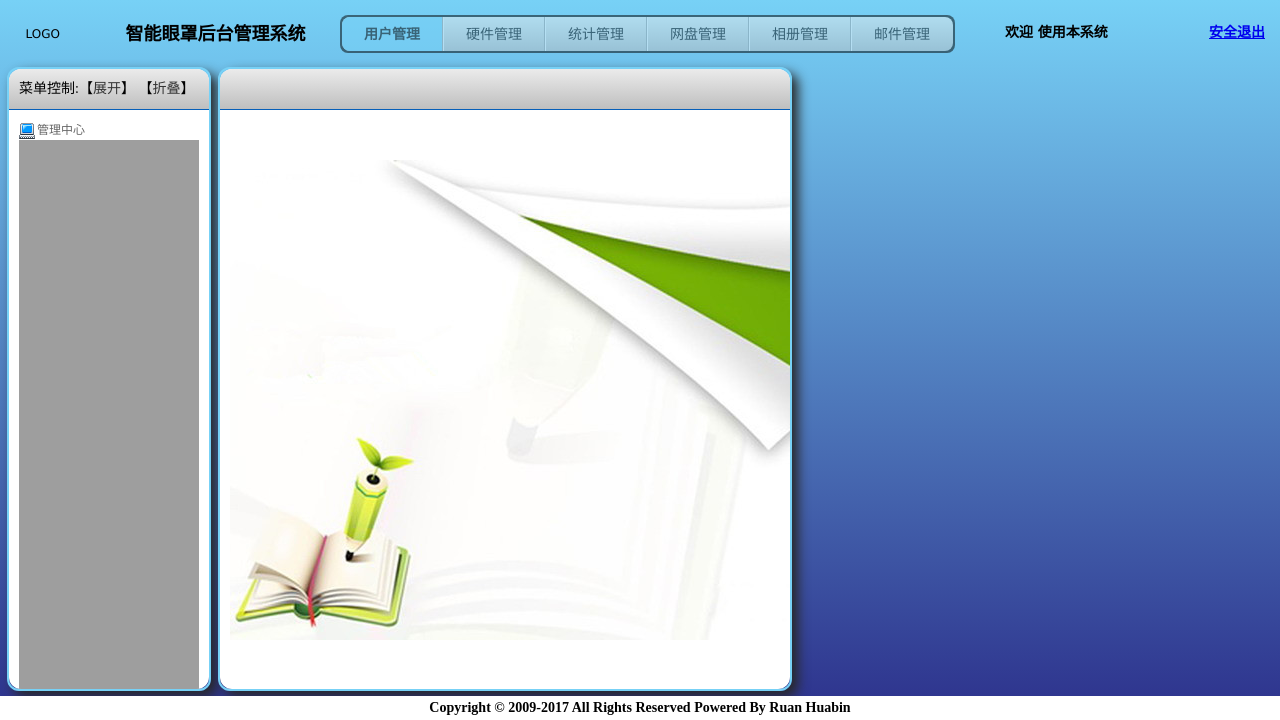
Repository: ruanhuabin/IntelliEyeShade
Page: http://localhost/IntelliEyeShade/admin/admin_login_success.jsp
The author's editor kept a copy of each file at every save. The page is drawn from the files as they stood at one save, then again after the next save.
The browser window is 1280 px wide. The pictures show the whole page.
The page is served by Tomcat 9. Nobody is signed in. The application's start-up code is not run. Other server files are loaded and not shown.

Above is the page before, as saved 2016-11-10 09:41:13.

### IntelliEyeShade/WebRoot/admin/admin_login_success.jsp
<%@ page language="java" import="java.util.*" contentType="text/html; charset=utf-8" %>
<%
String path = request.getContextPath();
String basePath = request.getScheme()+"://"+request.getServerName()+":"+request.getServerPort()+path+"/";
%>

<!DOCTYPE html>
<html>
<head>
	<title>后台管理</title>
	<meta http-equiv="content-type" content="text/html;charset=UTF-8">
	<link rel="stylesheet" type="text/css" href="../css/index.css" />
</head>
<body>
<div id="wrapper">
	<div id="header">
		<div id="logo">LOGO</div>
		<div id="title">智能眼罩后台管理系统</div>
		<div id="menu">
			<div id="menu_container">
				<ul id="menu_items">
					<li class="menu_item on" style="border-radius:8px 0 0 8px" onmouseout="this.style.backgroundColor=''" onmouseover="this.style.backgroundColor='#77D1F6';this.style.borderRadius='8px 0 0 8px'"><a>用户管理</a></li>
					<li class="menu_item" onmouseout="this.style.backgroundColor='';this.style.fontWeight='normal'" onmouseover="this.style.backgroundColor='#77D1F6';this.style.fontWeight='bold'"><a>硬件管理</a></li>
					<li class="menu_item" onmouseout="this.style.backgroundColor='';this.style.fontWeight='normal'" onmouseover="this.style.backgroundColor='#77D1F6';this.style.fontWeight='bold'"><a>统计管理</a></li>
					<li class="menu_item" onmouseout="this.style.backgroundColor='';this.style.fontWeight='normal'" onmouseover="this.style.backgroundColor='#77D1F6';this.style.fontWeight='bold'"><a>网盘管理</a></li>
					<li class="menu_item" onmouseout="this.style.backgroundColor='';this.style.fontWeight='normal'" onmouseover="this.style.backgroundColor='#77D1F6';this.style.fontWeight='bold'"><a>相册管理</a></li>
					<li class="menu_item" style="border-radius:8px 0 0 8px;border:0px;" onmouseout="this.style.backgroundColor='';this.style.fontWeight='normal'" onmouseover="this.style.backgroundColor='#77D1F6';this.style.borderRadius='0 8px 8px 0';this.style.fontWeight='bold'"><a>邮件管理</a></li>
				</ul>
			</div>
		</div>
		<div id="user_info">
			<div id="welcome">欢迎 ${sessionScope.loginUserName} 使用本系统</div>
			<div id="logout"><a href="<%=path%>/admin/Administrator_logout.action">安全退出</a></div>
		</div>
	</div>
	<div id="navigator">
		<iframe src="../tree.jsp"></iframe>
        </div>
	<div id="main">
		<iframe name="MainFrame" src="admin_login_main.jsp"></iframe>
	</div>
	<div id="footer">Copyright © 2009-2017 All Rights Reserved Powered By Ruan Huabin</div>
</div>
</body>
<script type="text/javascript">
function screenAdapter(){
	document.getElementById('footer').style.top=document.documentElement.scrollTop+document.documentElement.clientHeight- document.getElementById('footer').offsetHeight+"px";
		document.getElementById('navigator').style.height=document.documentElement.clientHeight-100+"px";
		document.getElementById('main').style.height=document.documentElement.clientHeight-100+"px";
		document.getElementById('main').style.width=window.screen.width-230+"px";
}

window.onscroll=function(){screenAdapter();};
window.onresize=function(){screenAdapter();};
window.onload=function(){screenAdapter();};
</script>
</html>

### IntelliEyeShade/WebRoot/css/index.css
* {
    background: none repeat scroll 0 0 transparent;
    border: 0 none;
    margin: 0;
    padding: 0;
    vertical-align: baseline;
}
body{
    min-height:600px;
    min-width:1280px;
	overflow-y:hidden;
}
#wrapper {
    background-image: -moz-linear-gradient(top,#77D1F6, #2F368F);
    background-image:-webkit-gradient(linear, left top, left bottom, color-stop(0, #77D1F6),color-stop(1, #2F368F));
    font-family: "lucida Grande",Tahoma,Arial;
    font-size: 12px;
    overflow: hidden;
    height:100%;
    width:100%;
    height:100%;
}
#header {
    float: left;
    height: 62px;
    position: relative;
    width: 100%;
    z-index: 10;
	text-align:center;
}
#logo {
	//border:1px solid red;
    float: left;
    height: 38px;
	line-height:38px;
	vertical-align:middle;
    margin: 15px 0 0 1%;
    width: 60px;
}
#title {
	//border:1px solid red;
    float: left;
    height: 38px;
	line-height:38px;
	vertical-align:middle;
    margin: 15px 0 0 1%;
    width: 260px;
	font-family:微软雅黑;
	font-size:18px;
	font-weight:bold;
	text-align:center;
}
#menu{
	position:absolute;
	left:50%;
	margin-top:15px;
	margin-left:-300px;
    float: float;
    height: 38px;
	width:615px;
	line-height:38px;
	vertical-align:middle;
	text-align:center;
    border-radius: 8px;
    background-color:#000000;
    opacity:0.5;
}
#menu_container{
    position:relative;
	margin:2px;
	height: 34px;
	line-height:34px;
    vertical-align:middle;
    border-radius: 8px;
    background-image: -moz-linear-gradient(top,#EBEBEB, #BFBFBF);
    background-image: -webkit-gradient(linear, left top, left bottom, color-stop(0, #EBEBEB),color-stop(1, #BFBFBF));
}
#menu_items{
	list-style:none;
	line-height: normal;
	height: 34px;
	line-height:34px;
	vertical-align:middle;
	font-size:14px;
	border:2px solid solid;
	border-right-style:groove;
}
.menu_item{
	display: list-item;
	float:left;
	width:100px;
	border-right:2px solid #F6F6F6;
	border-right-style:groove;
	cursor:pointer;
}
.on{
	display: list-item;
	float:left;
	width:100px;
	background:#77D1F6;
	font-weight:bold;
}
.menu_item a{
	height: 34px;
	line-height:34px;
	display:block;
}
#user_info {
    height: 35px;
	line-height:35px;
	vertical-align:middle;
    position: relative;
	float:right;
	margin-top:15px;
	margin-right:15px;
	width:240px;
    font-weight:bold;
	font-size:14px;
}
#welcome{
	left:-20px;
    position: relative;
	float:left;
}
#logout{
    position: relative;
	float:right;
}
#footer{
    position: absolute;
	float:left;
    left:0px;
    width: 100%;
    height: 25px;
    vertical-align:middle;
    line-height:25px;
	text-align:center;
	font-family:微软雅黑;
	font-size:14px;
	font-weight:bold;
	font-color:#FFF;
}
#navigator{
    position:relative;
    float:left;
    width:200px;
    margin:5px 2px 5px 2px;
    left:5px;
    border-color: #77D1F6;
    border-width: 2px;
    border-style: solid;
    border-radius: 12px;
    -moz-box-shadow: 6px 6px 12px #282828;
    -webkit-box-shadow: 6px 6px 12px #282828;
}
#main{
    position:relative;
    float:left;
    width: 80%;
    margin:5px;
    left:5px;
    border-color: #77D1F6;
    border-width: 2px;
    border-style: solid;
    border-radius: 12px 12px;
    -moz-box-shadow: 6px 6px 12px #282828;
    -webkit-box-shadow: 6px 6px 12px #282828;
}
iframe{
    height:100%;
    width:100%;
    background:#FFF;
    position:relative;
    border-radius:12px;
    overflow:hidden;
}

### IntelliEyeShade/WebRoot/tree.jsp
<%@ page language="java" import="java.util.*" contentType="text/html; charset=utf-8" %>
<%
String path = request.getContextPath();
String basePath = request.getScheme()+"://"+request.getServerName()+":"+request.getServerPort()+path+"/";
%>
<!DOCTYPE html>
<html>
<head>
	<title>导航树</title>
	<meta http-equiv="content-type" content="text/html;charset=UTF-8">
	<style type="text/css">@import url('components/dtree/dtree.css');</style>
	<script type="text/javascript">var dtreeIconBasePath = "components/dtree";</script>
	<script type="text/javascript"  src="components/dtree/dtree.js"></script>
</head>
<body>
<script type="text/javascript">
var treeMenu = [
	/* { level:1, name:"学生管理"},
	{ level:2, name:"学生列表", ico:"images/icon_default.gif",link:"students/Student_query.action"},
	{ level:1, name:"教师管理"},
	{ level:2, name:"教师列表", ico:"images/icon_default.gif",link:"role_list.html"},
	{ level:1, name:"信息管理"},
	{ level:2, name:"新闻管理", ico:"images/icon_default.gif",link:"news_list.html"},
	{ level:2, name:"公告管理", ico:"images/icon_default.gif",link:"bulletin_list.html"},
	{ level:1, name:"系统邮件", ico:"images/icon_default.gif"},
	{ level:1, name:"网络文件", ico:"images/icon_default.gif",link:"complaint_list.html"}, */
	{ level:1, name:"用户管理", ico:"images/icon_default.gif",link:"users/Users_queryByPage.action"},
	{ level:1, name:"硬件管理", ico:"images/icon_default.gif",link:"devices/Devices_queryByPage.action"},
	{ level:1, name:"统计管理", ico:"images/icon_default.gif",link:"statistics/statistics_filter.jsp"},
];
</script>
<style>
* {
    background: none repeat scroll 0 0 transparent;
    border: 0 none;
    margin: 0;
    padding: 0;
    vertical-align: baseline;
	font-family:微软雅黑;
	overflow:hidden;
}
#menuControll{
	width:100%;
	position:relative;
	word-wrap:break-word;
	border-bottom:1px solid #065FB9;
	margin:0;
	padding:0 10px;
	font-size:14px;
	height:40px;
	line-height:40px;
	vertical-align:middle;
    background-image: -moz-linear-gradient(top,#EBEBEB, #BFBFBF);
    background-image: -webkit-gradient(linear, left top, left bottom, color-stop(0, #EBEBEB),color-stop(1,
#BFBFBF));
}
</style>
<div id="menuControll">
菜单控制:【<a href="#" onclick="tree.openAll();this.blur();return false;" style="color:#333333;text-decoration:none">展开</a>】
【<a href="#" onclick="tree.closeAll();this.blur();return false;" style="color:#333333;text-decoration:none">折叠</a>】
</div>
<div class="dtree" style="margin:10px;">
<script type="text/javascript">
//建立新树
tree = new dTree('tree');
tree.config.target = "MainFrame";
tree.config.useCookies = false;
var selNum = -1;
var link = "";
//根目录
tree.add(0,-1,'管理中心', null, null, null, '', '');
var count = 0;
var pLevelIdArray = new Array();
pLevelIdArray[1] = 0;
var currLevel = 1;
for (var i=0; i<treeMenu.length; i++) {
	var item = treeMenu[i];
	var itemLevel = item.level;
	pLevelIdArray[itemLevel+1] = ++count;
	if (item.link!=null && item.link!="") {
		if (item.ico!=null) {
			tree.add(count, pLevelIdArray[itemLevel], item.name, item.link, null, null, item.ico, item.ico);
		} else {
			tree.add(count, pLevelIdArray[itemLevel], item.name, item.link);
		}
	} else {
		if (item.ico!=null) {
			tree.add(count, pLevelIdArray[itemLevel], item.name, null, null, null, item.ico, item.ico);
		} else {
			tree.add(count, pLevelIdArray[itemLevel], item.name);
		}
	}
	if (item.select) {
		selNum = count;
		link = item.link;
	}
}
document.write(tree);
tree.openAll();
if (selNum != -1) {
	tree.openTo(selNum,true);
	top.document.frames["MainFrame"].location.href=link;
}
</script>
</div>
</body>
</html>

### IntelliEyeShade/WebRoot/admin/admin_login_main.jsp
<%@ page language="java" import="java.util.*" contentType="text/html; charset=utf-8" %>
<%
String path = request.getContextPath();
String basePath = request.getScheme()+"://"+request.getServerName()+":"+request.getServerPort()+path+"/";
%>
<!DOCTYPE html>
<html>
	<meta http-equiv="content-type" content="text/html;charset=UTF-8">
	<link rel="stylesheet" type="text/css" href="../css/default.css" />
<style type="text/css">
* {
    background: none repeat scroll 0 0 transparent;
    border: 0 none;
    margin: 0;
    padding: 0;
    vertical-align: baseline;
	font-family:微软雅黑;
	overflow:hidden;
}
#navi{
	width:100%;
	position:relative;
	word-wrap:break-word;
	border-bottom:1px solid #065FB9;
	margin:0;
	padding:0;
	height:40px;
	line-height:40px;
	vertical-align:middle;
    background-image: -moz-linear-gradient(top,#EBEBEB, #BFBFBF);
    background-image: -webkit-gradient(linear, left top, left bottom, color-stop(0, #EBEBEB),color-stop(1,
#BFBFBF));
}
#naviDiv{
	font-size:14px;
	color:#333;
	padding-left:10px;
}
#tips{
	margin-top:10px;
	width:100%;
	height:40px;
}
#buttonGroup{
	padding-left:10px;
	float:left;
	height:35px;
}
.button{
	float:left;
	margin-right:10px;
	padding-left:10px;
	padding-right:10px;
	font-size:14px;
	width:70px;
	height:30px;
	line-height:30px;
	vertical-align:middle;
	text-align:center;
	cursor:pointer;
    border-color: #77D1F6;
    border-width: 1px;
    border-style: solid;
    border-radius: 6px 6px;
    -moz-box-shadow: 2px 2px 4px #282828;
    -webkit-box-shadow: 2px 2px 4px #282828;
    background-image: -moz-linear-gradient(top,#EBEBEB, #BFBFBF);
    background-image: -webkit-gradient(linear, left top, left bottom, color-stop(0, #EBEBEB),color-stop(1, #BFBFBF));
}
#mainContainer{
	padding-left:10px;
	padding-right:10px;
	text-align:center;
	width:98%;
	font-size:12px;
}
</style>
<body>
<div id="navi">
	<!-- 导航空白 -->
</div>
<div id="tips">
	<!-- 导航空白 -->
</div>
<div id="mainContainer">
   <img src="../images/welcome.jpg">
   <!--数据表格空白 -->
</div>
</body>
</html>

### IntelliEyeShade/WebRoot/components/dtree/dtree.css
/*--------------------------------------------------|
| dTree 2.05 | www.destroydrop.com/javascript/tree/ |
|---------------------------------------------------|
| Copyright (c) 2002-2003 Geir Landr?               |
|--------------------------------------------------*/

.dtree {
	font-size: 12px;
	color: #666;
	white-space: nowrap;
}
.dtree img {
	border: 0px;
	vertical-align: middle;
}
.dtree a {
	color: #333;
	text-decoration: none;
}
.dtree a.node, .dtree a.nodeSel {
	white-space: nowrap;
	padding: 1px 2px 1px 2px;
}
.dtree a.node:hover, .dtree a.nodeSel:hover {
	color: #333;
	text-decoration: underline;
}
.dtree a.nodeSel {
	background-color: #c0d2ec;
}
.dtree .clip {
	overflow: hidden;
}

### IntelliEyeShade/WebRoot/css/default.css
/* 基本样式 */


/* 去掉图片、表单边框 */
img, form {
	margin:0;
	padding:0;
	border:0;
}

/* 超链接 */
a {
	text-decoration: none;
}
a:link, a:visited {
	color:#063685;
	text-decoration:none;
}
a:hover, a:active {
	color:#FF5500;
	text-decoration:underline;
}

/* 表格 */
table.default {
	border:1px solid #0283c5;
	border-collapse:collapse;
	margin-top:5px;
}
table.default td, table.default tr.style1 td {
	padding:2 5 2 5;
	height:26px;
	border:1px solid #ffffff;
}
table.default tr, table.default tr.style1{
	background-color:#f0f0f0;
}
table.default tr.style0{
	background-color:#dfdfdf;
}
table.default tr.title td, table.default tr.ltitle td {
	font-weight:bold;
	background:#0283c5;
	color:#ffffff;
	border:1px solid #ffffff;
	white-space:nowrap;
	height:26px;
	line-height:26px;
	vertical-align:middle;
}
table.default tr.ltitle td {
	text-align:left;
}
table.default tr.title td {
	text-align:center;
	line-height:26px;
	vertical-align:middle;
}
table.default tr.subtitle td ,table.default tr.lsubtitle td {
	font-weight:bold;
	background:#69f;
	color:#ffffff;
	border:1px solid #ffffff;
	white-space:nowrap;
	height:26px;
	line-height:26px;
	vertical-align:middle;
}
table.default tr.lsubtitle td {
	text-align:left;
}
table.default tr.subtitle td {
	text-align:center;
}

table.default tr.strong td {
	font-weight:bold;
	background:#DDD;
}

table.default tr.stronghl td {
	font-weight:bold;
	background:#FFCC99;
	text-align:center;
}

table.default tr.hl td {
	background:#ffffcc/*#FFFF99*/;
}

table.default td.item {
	font-weight:bold;
	color:#333333;
	text-align:right;
}

table.default td.text {
	line-height:150%;
}

table.default td.opt {
	background:#FFFF99;
	padding-right:10px;
}

table.explain {
	margin-top:5px;
	margin-bottom:5px;
}
table.explain td {
	font-family:宋体;
	font-size:12px;
	border:1px solid #333333;
	background:#f0f0f0;
	padding:8px;
	line-height:120%;
}

table.pages {
	border:0;
}
table.pages td {
	height:26px;
}

table.reswb {
	border:1px solid #0283c5;
	border-collapse:collapse;
	margin-top:10px;
}

table.reswb tr.title td {
	padding:2 5 2 5;
	font-weight:bold;
	background:#0283c5;
	color:#ffffff;
	border:1px solid #ffffff;
	white-space:nowrap;
	height:26px;
	line-height:26px;
	vertical-align:middle;
}

table.default tr.list{
	text-align: center;
	line-height:26px;
	vertical-align:middle;
}

/* 普通信息 */
div.info {
	padding:5px 5px 5px 2px;
	margin-top:10px;
}

/* 前台导航用 */
.tdnormal {
	border-bottom:1px solid white;
}

.tdselected {
	border:1px solid white;
	border-bottom:0;
	font-weight:bold;
}
.navtab td {
	height:30px;
	color:white;
	font-size:9pt;
	text-align:center;
}
a.navbar, a.navbar:visited, a.navbar:active {text-decoration: none;color:#FFF;}
a.navbar:hover {text-decoration: underline;color:#FFF;}


/* 错误信息 */
.errorBox {
	border:1px solid #ff0000;
	padding:5px;
	background:#FFCCCC;
}
.errorMessage {
	color:#cc0000;
}
ul {
	margin-left:30px;
	margin-top:0;
	margin-bottom:0;
}

/* 分页页码样式 */
.selectedPage {
	border:1px solid #999999;
	background:#ffffcc;
	color:#000000;
	padding:0 3px 2px 3px;
}
.noSelectedPage {
	padding:0 3px 0 3px;
}
a.page {
	font-size:12px;
	text-decoration: none;
}
a.page:link, a.page:visited {
	color:#0044DD;
	text-decoration:none;
}
a.page:hover, a.page:active {
	color:#FF5500;
	text-decoration:none;
}

/* 表单元素样式 */
.input_text {
	width:200px;
	margin-right:5px;
}
.notNull {
	color:red;
}
.notice {
	color:#20A8F0;
}

/* 后台任务链接样式 */
a.navlink {
	font-family:宋体;
	height:25px;
	font-weight:normal;
	letter-spacing:1px;
	padding:4 5 0 5;
	background:#e0e0e0;
	border:2px outset;
	FILTER: progid:DXImageTransform.Microsoft.Gradient(GradientType=0, StartColorStr=#ffffff, EndColorStr=#20A8F0);
}

a.navlink {text-decoration: none;color:#000000;}
a.navlink:visited {text-decoration: none;color:#000000;}
a.navlink:active {text-decoration: none;color:#0044DD;}
a.navlink:hover {text-decoration: none;color:#FF5500;}

/* 操作按钮 */
div.oper {
	margin:5px;
	text-align:right;
}

div.oper input {
	margin-left:5px;
	margin-right:5px;
}

/* 背景色 */
.fbg {
	background:#065FB9;
}
.bbg {
	background:#04477C;
}

/* tooltip */
/*
span.tip {
	cursor:default;
}
#tooltip {
	position: absolute;
	z-index: 3000;
	border: 1px solid #111;
	background-color: #eee;
	padding: 5px;
	opacity: 0.85;
}
#tooltip h3, #tooltip div {
	font-size:12px;
	margin: 0;
}
*/

/* 特殊高亮文本 */
span.spec {
	color:#003399;
}

/* 特殊灰色文本 */
span.gray {
	color:#666;
}

/* 黄色背景 */
.bg1 {
	background:#FFCC99;/*#FFFF99;*/
}

/* 绿色背景 */
.bg2 {
	background:#99CC99;
}

/* 文章样式 */

div.title {
	font-size:16px;
	font-weight:bold;
	background:#FFFF99;
	border-bottom:2px solid #000;
	padding:5px;
	margin-bottom:10px;
}

div.content {
	font-size:14px;
	line-height:150%;
}

div.faq-q {
	padding:5px;
	background:#DDD;
	font-weight:bold;
}

div.faq-a {
	padding:5px;
	line-height:150%;
	font-size:16px;
}

/* 问卷样式 */
.option {
	margin-right:10px;
}

.answer {
	background:#060;
	color:white;
	font-weight:bold;
	padding:2px;
}

table.stat {
	border-collapse:collapse;
}
table.stat td {
	border:0;
	padding-left:20px;
}
hr.percent {
	height:10px;
	color:#093;
	border:1px solid black;
}

td.indent {
	padding-left:10px;
}

#page_explain {
	display:none;
}

#navDiv {
	color:#333;
	padding-left:10px;
	line-height:30px;
	background:#CCFF99;
	border-bottom:1px solid #065FB9;
	height:30px;
	padding-top:6px;
}
/*--------分页样式-----------*/
.pager-top {
    overflow:hidden;
    padding:5px 10px 0;
    color:#333333;
    font-family:Tahoma,Verdana,sans-serif,simsun;
    font-size:12px;
    margin-top:10px;
    border-bottom:1px solid #D8DFEA;
}
.pager-top span {
    float:left;
    padding-bottom:6px;
}
.pagerpro {
    float:right;
    list-style-image:none;
    list-style-position:outside;
    list-style-type:none;
    margin:0;
    padding:0;
}
.pagerpro li {
    display:inline;
    float:left;
}
.pagerpro li a.chn {
    font-size:12px;
}
.pagerpro li a {
    display:block;
    font-size:11px;
    padding:3px 3px 2px;
    color:#005EAC;
    text-decoration:none;
}
.pagerpro li a.chn:hover {
    border-bottom:1px solid #005EAC;
}
.pagerpro li a:hover {
    background:#005EAC none repeat scroll 0 0;
    border-bottom:2px solid #005EAC;
    border-color:#D8DFEA #D8DFEA #005EAC;
    color:#FFFFFF;
    text-decoration:none;
}
.pagerpro li.current a, .pagerpro li.current a:hover {
    background:transparent none repeat scroll 0 0;
    border-bottom:2px solid #005EAC;
    border-color:#005EAC;
    color:#005EAC;
    font-weight:700;
    padding-left:2px;
    padding-right:2px;
}
.marquee_txt{
	font-size:12px;
	font-family:"微软雅黑";
	margin-top:5px;
	margin-left:auto;
    margin-right:auto;
    width:222px;
}

Loaded but not shown: IntelliEyeShade/WebRoot/components/dtree/dtree.js (347 lines, source omitted)

After the next save:
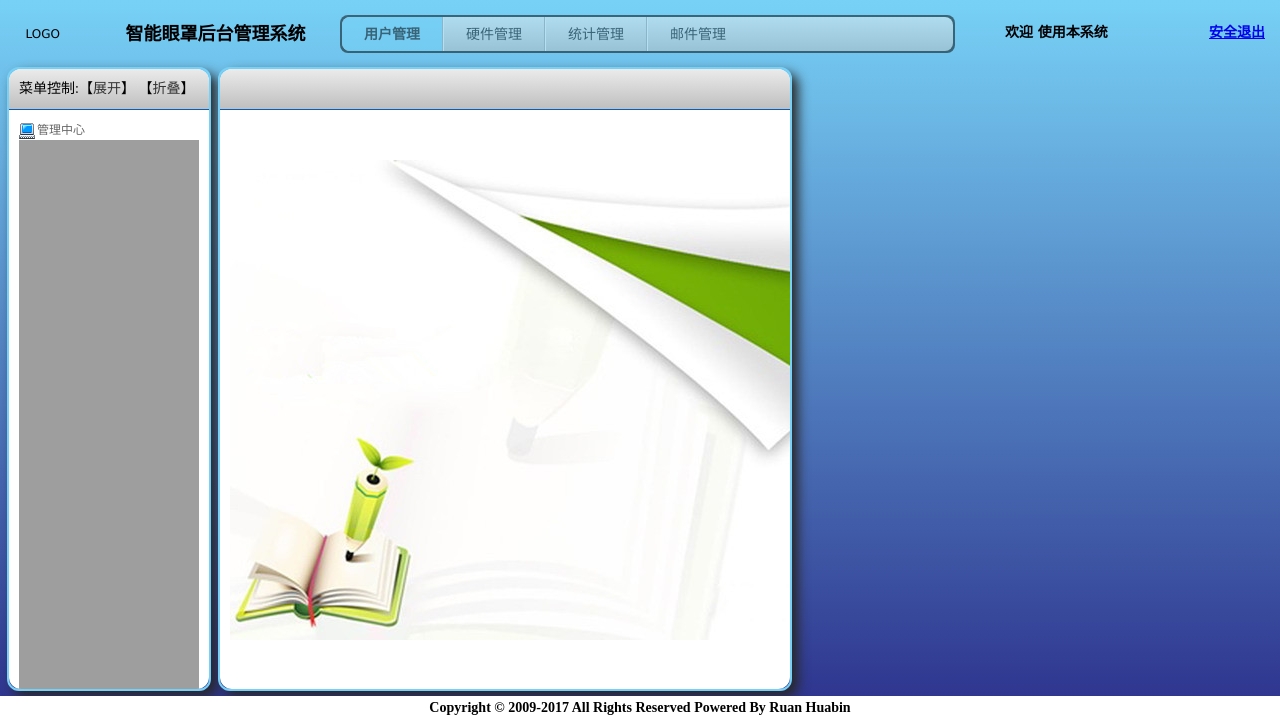
Saved 50 s later.
--- a/IntelliEyeShade/WebRoot/admin/admin_login_success.jsp
+++ b/IntelliEyeShade/WebRoot/admin/admin_login_success.jsp
@@ -22,9 +22,9 @@ String basePath = request.getScheme()+"://"+request.getServerName()+":"+request.
 					<li class="menu_item on" style="border-radius:8px 0 0 8px" onmouseout="this.style.backgroundColor=''" onmouseover="this.style.backgroundColor='#77D1F6';this.style.borderRadius='8px 0 0 8px'"><a>用户管理</a></li>
 					<li class="menu_item" onmouseout="this.style.backgroundColor='';this.style.fontWeight='normal'" onmouseover="this.style.backgroundColor='#77D1F6';this.style.fontWeight='bold'"><a>硬件管理</a></li>
 					<li class="menu_item" onmouseout="this.style.backgroundColor='';this.style.fontWeight='normal'" onmouseover="this.style.backgroundColor='#77D1F6';this.style.fontWeight='bold'"><a>统计管理</a></li>
-					<li class="menu_item" onmouseout="this.style.backgroundColor='';this.style.fontWeight='normal'" onmouseover="this.style.backgroundColor='#77D1F6';this.style.fontWeight='bold'"><a>网盘管理</a></li>
+					<!-- <li class="menu_item" onmouseout="this.style.backgroundColor='';this.style.fontWeight='normal'" onmouseover="this.style.backgroundColor='#77D1F6';this.style.fontWeight='bold'"><a>网盘管理</a></li>
 					<li class="menu_item" onmouseout="this.style.backgroundColor='';this.style.fontWeight='normal'" onmouseover="this.style.backgroundColor='#77D1F6';this.style.fontWeight='bold'"><a>相册管理</a></li>
-					<li class="menu_item" style="border-radius:8px 0 0 8px;border:0px;" onmouseout="this.style.backgroundColor='';this.style.fontWeight='normal'" onmouseover="this.style.backgroundColor='#77D1F6';this.style.borderRadius='0 8px 8px 0';this.style.fontWeight='bold'"><a>邮件管理</a></li>
+					 --><li class="menu_item" style="border-radius:8px 0 0 8px;border:0px;" onmouseout="this.style.backgroundColor='';this.style.fontWeight='normal'" onmouseover="this.style.backgroundColor='#77D1F6';this.style.borderRadius='0 8px 8px 0';this.style.fontWeight='bold'"><a>邮件管理</a></li>
 				</ul>
 			</div>
 		</div>
